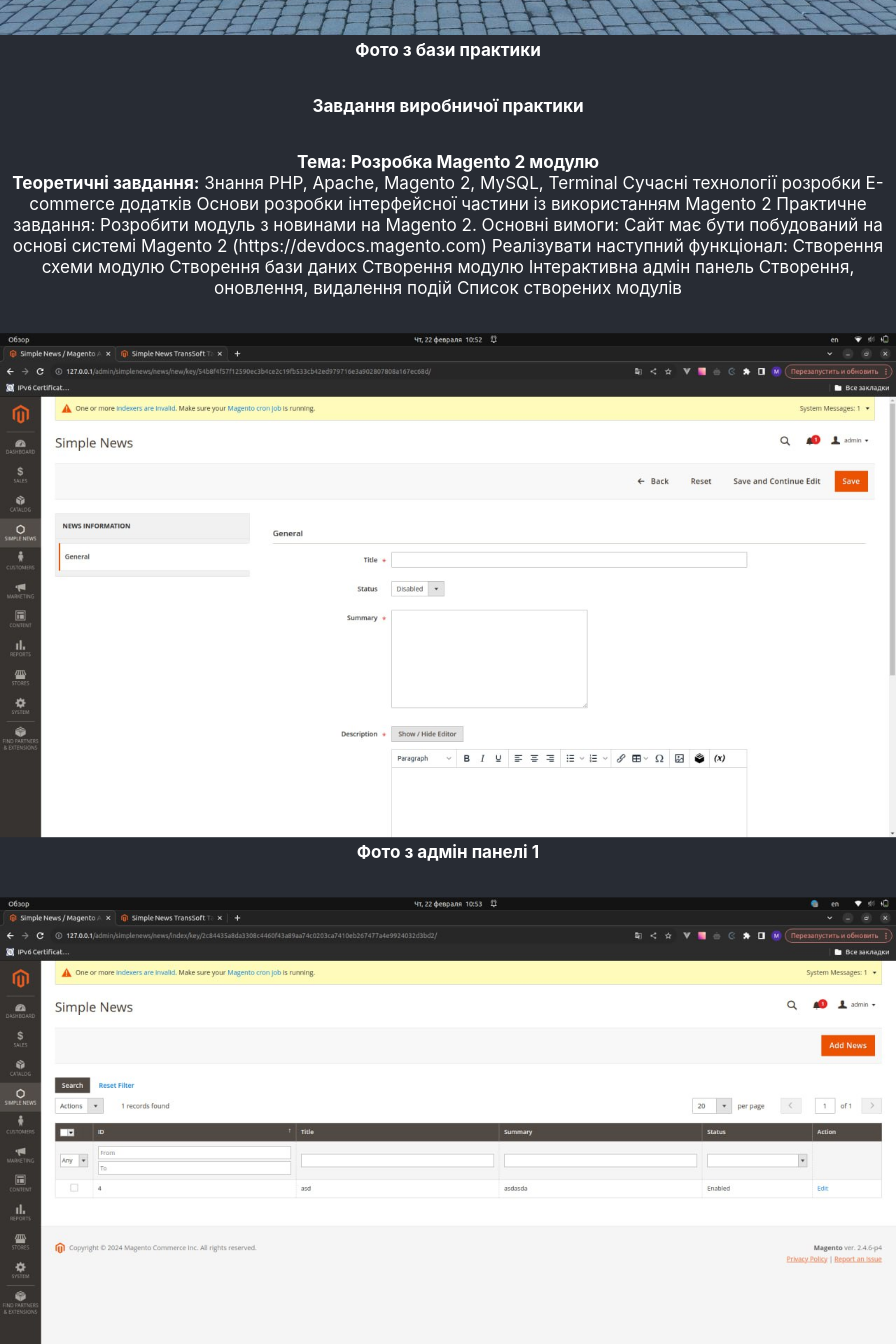
Repository: rutsguifd/prac-report
Page: /
An editor plug-in stored every save of this project. The page is shown before and after the next save, followed by the edit.
The browser window is 1280 px wide. The pictures show the part of the page from y = 1320 to 3240 px (the page is 4584 px tall before and 4614 px after), at 70% of full size.
The project was rebuilt for these pictures with package versions that can differ from the ones it lists, and the page was loaded fresh each time.

Above is the page before, as saved 2024-02-22 13:44:49.

After the next save:
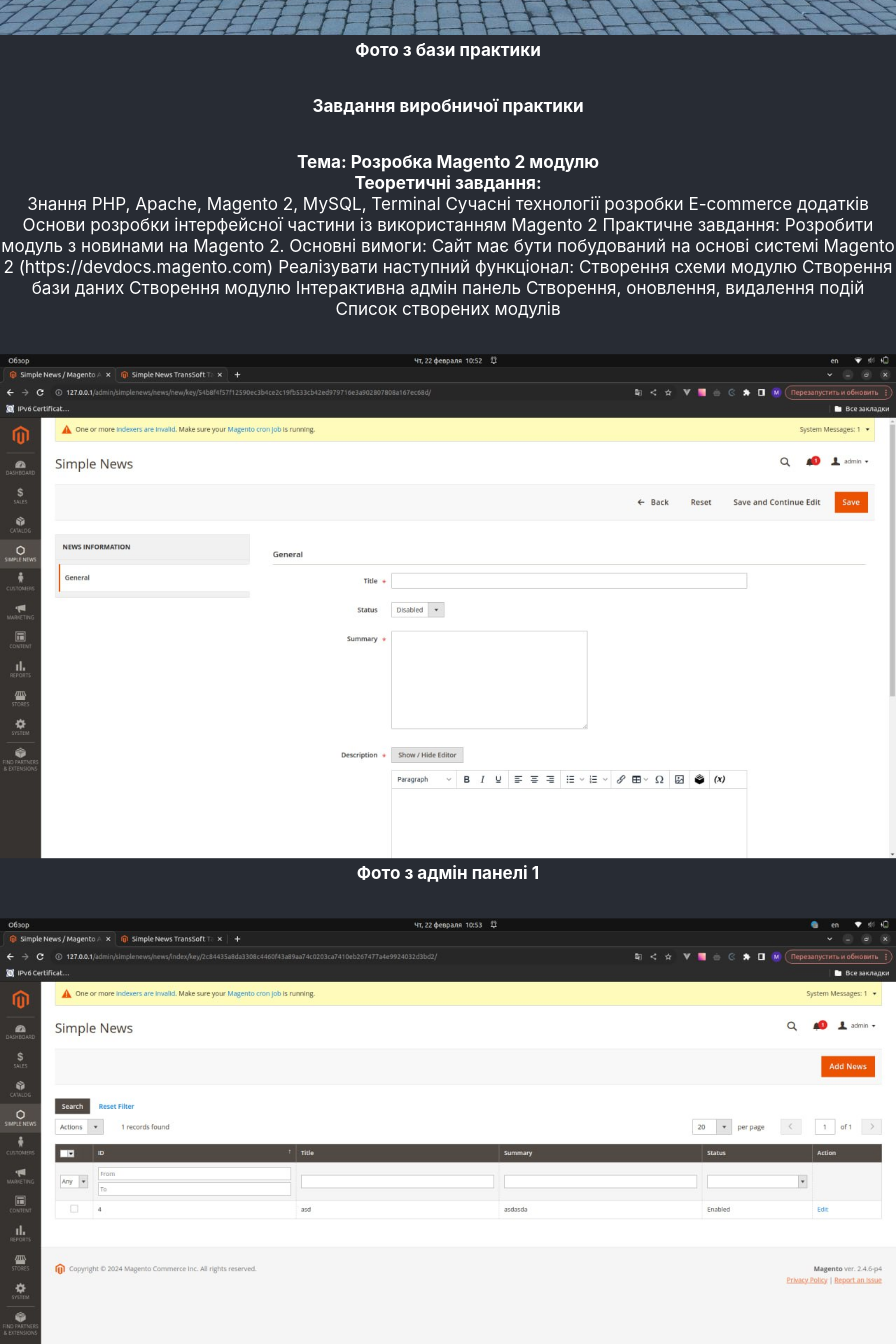
Saved 10 s later.
--- a/src/App.js
+++ b/src/App.js
@@ -32,15 +32,17 @@
             <div>
               <b>Тема: Розробка Magento 2 модулю</b>
             </div>
-            <b>Теоретичні завдання:</b> Знання PHP, Apache, Magento 2, MySQL,
-            Terminal Сучасні технології розробки E-commerce додатків Основи
-            розробки інтерфейсної частини із використанням Magento 2 Практичне
-            завдання: Розробити модуль з новинами на Magento 2. Основні вимоги:
-            Сайт має бути побудований на основі системі Magento 2
-            (https://devdocs.magento.com) Реалізувати наступний функціонал:
-            Створення схеми модулю Створення бази даних Створення модулю
-            Інтерактивна адмін панель Створення, оновлення, видалення подій
-            Список створених модулів
+            <div>
+              <b>Теоретичні завдання:</b>
+            </div>
+            Знання PHP, Apache, Magento 2, MySQL, Terminal Сучасні технології
+            розробки E-commerce додатків Основи розробки інтерфейсної частини із
+            використанням Magento 2 Практичне завдання: Розробити модуль з
+            новинами на Magento 2. Основні вимоги: Сайт має бути побудований на
+            основі системі Magento 2 (https://devdocs.magento.com) Реалізувати
+            наступний функціонал: Створення схеми модулю Створення бази даних
+            Створення модулю Інтерактивна адмін панель Створення, оновлення,
+            видалення подій Список створених модулів
           </div>
           <div style={{ margin: "50px 0" }}>
             <img src={IM1} alt="alt" width="100%" />
